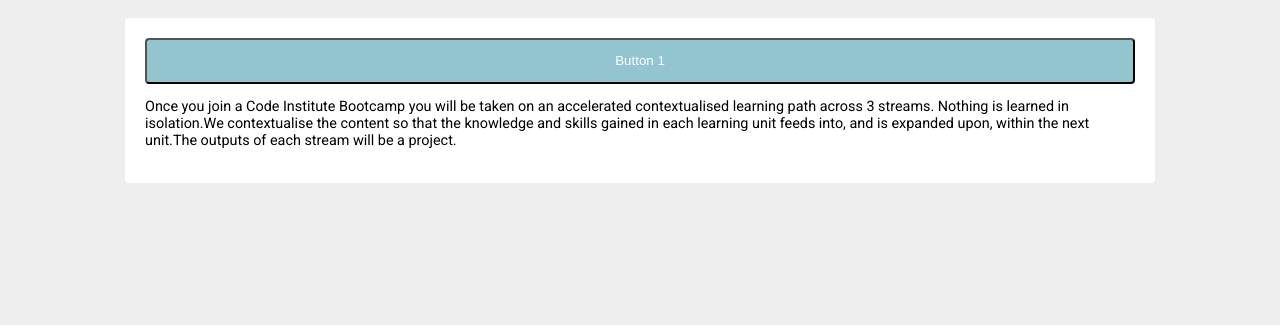
Repository: nitr-am/excersices-using-Jquery
Page: button.html
The author's editor kept a record of every edit. The page is drawn from the files as they stood at one moment, then again after the next edit.
The browser window is 1280 px wide. The pictures show the whole page.
Some web libraries are served in a nearby version.

Above is the page before.

After the next edit:
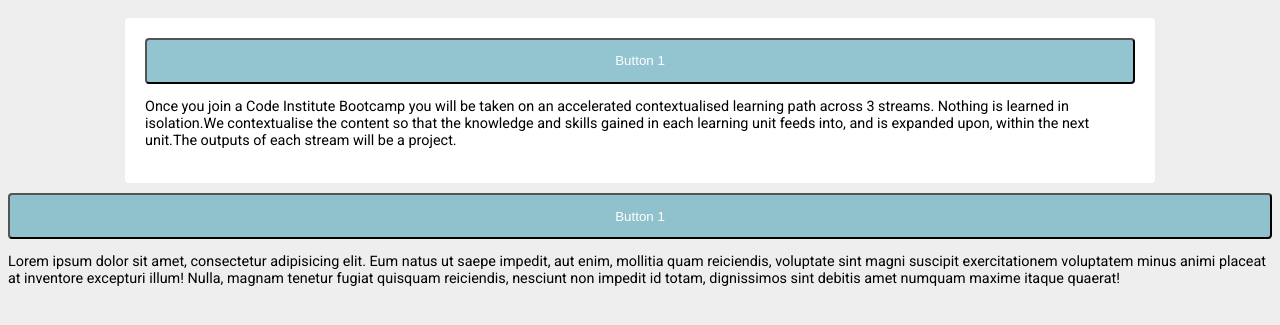
The edit:
--- a/button.html
+++ b/button.html
@@ -14,10 +14,16 @@
 			<p id='para1' class="card_para">Once you join a Code Institute Bootcamp you will be taken on an accelerated contextualised learning path across 3 streams. Nothing is learned in isolation.We contextualise the content so that the knowledge and skills gained in each learning unit feeds into, and is expanded upon, within the next unit.The outputs of each stream will be a project. </p>
 		</div>
 	</div>
+	<div id="container2">
+		<div class='card2'>
+			<button id='button_unique2'  class="bottom_button makeRed">Button 1</button>
+			<p id='para12' class="card_para">Lorem ipsum dolor sit amet, consectetur adipisicing elit. Eum natus ut saepe impedit, aut enim, mollitia quam reiciendis, voluptate sint magni suscipit exercitationem voluptatem minus animi placeat at inventore excepturi illum! Nulla, magnam tenetur fugiat quisquam reiciendis, nesciunt non impedit id totam, dignissimos sint debitis amet numquam maxime itaque quaerat!</p>
+		</div>
+	</div>
 	<script src="https://code.jquery.com/jquery-3.2.1.js"
 	integrity="sha256-DZAnKJ/6XZ9si04Hgrsxu/8s717jcIzLy3oi35EouyE="
 	crossorigin="anonymous"></script>
-	<script src="js/script.js"></script> <!-- Scripts located at the bottom of the body to insure page is fully loaded before execution -->
+	<script src="script.js"></script> <!-- Scripts located at the bottom of the body to insure page is fully loaded before execution -->
 
 </body>
 </html>
